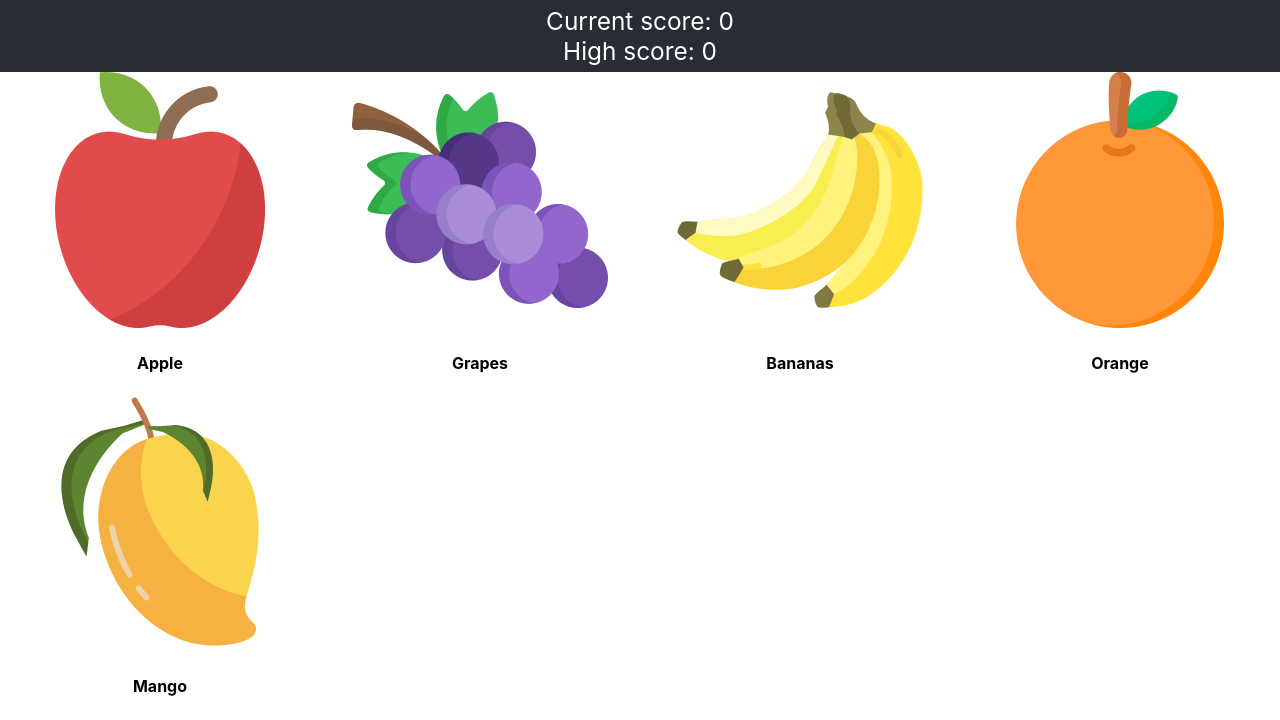
Repository: chin9/MemoryCard
Page: /
These files come from the project's save history. The page is drawn as it stood at one moment and after the next save; the edit follows.
The browser window is 1280 px wide. The pictures show the whole page.
The project was rebuilt for these pictures with package versions that can differ from the ones it lists, and the page was loaded fresh each time.

Above is the page before, as saved 2021-07-08 19:56:32.

### public/index.html
<!DOCTYPE html>
<html lang="en">
  <head>
    <meta charset="utf-8" />
    <link rel="icon" href="%PUBLIC_URL%/favicon.ico" />
    <meta name="viewport" content="width=device-width, initial-scale=1" />
    <meta name="theme-color" content="#000000" />
    <meta
      name="description"
      content="Web site created using create-react-app"
    />
    <link rel="apple-touch-icon" href="%PUBLIC_URL%/logo192.png" />
    <!--
      manifest.json provides metadata used when your web app is installed on a
      user's mobile device or desktop. See https://developers.google.com/web/fundamentals/web-app-manifest/
    -->
    <link rel="manifest" href="%PUBLIC_URL%/manifest.json" />
    <!--
      Notice the use of %PUBLIC_URL% in the tags above.
      It will be replaced with the URL of the `public` folder during the build.
      Only files inside the `public` folder can be referenced from the HTML.

      Unlike "/favicon.ico" or "favicon.ico", "%PUBLIC_URL%/favicon.ico" will
      work correctly both with client-side routing and a non-root public URL.
      Learn how to configure a non-root public URL by running `npm run build`.
    -->
    <title>Memory Card</title>
  </head>
  <body>
    <noscript>You need to enable JavaScript to run this app.</noscript>
    <div id="root"></div>
    <!--
      This HTML file is a template.
      If you open it directly in the browser, you will see an empty page.

      You can add webfonts, meta tags, or analytics to this file.
      The build step will place the bundled scripts into the <body> tag.

      To begin the development, run `npm start` or `yarn start`.
      To create a production bundle, use `npm run build` or `yarn build`.
    -->
  </body>
</html>

### src/App.js
import './App.css';
import Scoreboard from './components/Scoreboard';
import Cards from './components/Cards';
import React, { useState, useEffect } from 'react';

function App() {

  //keep track of scores
  const [score, setScore] = useState(0);
  const [highScore, setHighScore] = useState(0);

  //keep track of cards
  const [cardsClicked, setCardsClicked] = useState([]);
  const [currCard, setCurrCard] = useState(null);
  const [update, setUpdate] = useState(false);

  // useEffect(()=>{
  //   const incrementOnClick = () => {
  //     setScore(score + 1);
  //   }

  //   document.addEventListener('click', incrementOnClick);

  //   return () => {
  //     document.removeEventListener('click', incrementOnClick);
  //   }
  // }, [score, highScore]);

  useEffect(()=> {
    console.log('score: ' + score);
    if (score > highScore) {
      setHighScore(score);
    }
    setUpdate(false);
    console.log(cardsClicked);
  }, [score, cardsClicked]);

  useEffect(()=> {

    console.log('card clicked: ' + currCard);
    console.log('update?: ' + update);


    if (currCard === null || update === false) {
      // do nothing
    } else {
      const exists = cardsClicked.some(v => v === currCard);
      if (!exists) {
        setScore(score => score + 1);
        setCardsClicked(cardsClicked => [...cardsClicked, currCard]);
        } else {
      setScore(0);
      setCardsClicked([]);
    }
    }
    // setUpdate(false);
    // console.log(cardsClicked.some(v => v === ));

  }, [currCard, update]);


  const updateScore = (id) => {
    //if cardsClicked doesn't contain id, add 1 to score, add id to cardsClicked
    //    if score > highScore, set highScore = score
    //else (if cardsClicked contains id), set score to 0, empty cardsClicked

    setCurrCard(id);
    setUpdate(true);

    // const exists = cardsClicked.some(v => v == id);
    // console.log(id);
    // console.log(exists);

    // if (!exists) {
    //   setScore(score => score + 1);
    //   setCardsClicked(cardsClicked => [...cardsClicked, id]);

    //   if (score > highScore) {setHighScore(score)};
    // } else {
    //   setScore(0);
    //   setCardsClicked([]);
    // }
  }

  return (
    <div className="App">
      <header className="App-header">
        <Scoreboard score={score} highScore={highScore}/>
      </header>
      <Cards updateScore={updateScore}/>
    </div>
  );
}

export default App;

### src/App.css
.App {
  text-align: center;
}

.App-logo {
  height: 40vmin;
  pointer-events: none;
}

@media (prefers-reduced-motion: no-preference) {
  .App-logo {
    animation: App-logo-spin infinite 20s linear;
  }
}

.App-header {
  background-color: #282c34;
  height: 10vh;
  display: flex;
  flex-direction: column;
  align-items: center;
  justify-content: center;
  font-size: calc(10px + 2vmin);
  color: white;
}

.App-link {
  color: #61dafb;
}

@keyframes App-logo-spin {
  from {
    transform: rotate(0deg);
  }
  to {
    transform: rotate(360deg);
  }
}

### src/components/Scoreboard.js
import React from 'react';

const Scoreboard = (props) => {

    return (
        <div>
            <div>Current score: {props.score}</div>
            <div>High score: {props.highScore}</div>
            </div>
    )
}

export default Scoreboard;

### src/components/Cards.js
import React, {useState, useEffect} from 'react';
import apple from '../images/apple.png';
import grapes from '../images/grapes.png';
import bananas from '../images/bananas.png';
import orange from '../images/orange-juice.png';
import mango from '../images/mango.png';
import '../style/Cards.css'

const Cards = (props) => {



    useEffect(()=>{
        const apple = document.getElementById(0);
        const grapes = document.getElementById(1);
        const bananas = document.getElementById(2);
        const orange = document.getElementById(3);
        const mango = document.getElementById(4);


        function randomizeOrder() {
            var parent = document.querySelector(".card-display");
            for(var i = 0; i < parent.children.length; i++){
            parent.appendChild(parent.children[Math.random() * i | 0]);
        }
        }

        const updateScoreWithFruit = (e) => {
            props.updateScore(e.id);
            randomizeOrder();
        }


        apple.addEventListener('click', ()=>{updateScoreWithFruit(apple)});
        grapes.addEventListener('click', ()=>{updateScoreWithFruit(grapes)});
        bananas.addEventListener('click', ()=>{updateScoreWithFruit(bananas)});
        orange.addEventListener('click', ()=>{updateScoreWithFruit(orange)});
        mango.addEventListener('click', ()=>{updateScoreWithFruit(mango)});


        console.log('mounted');

        return ()=>{
            apple.removeEventListener('click', updateScoreWithFruit(apple));
            grapes.removeEventListener('click', updateScoreWithFruit(grapes));
            bananas.removeEventListener('click', updateScoreWithFruit(bananas));
            orange.removeEventListener('click', updateScoreWithFruit(orange));
            mango.removeEventListener('click', ()=>{updateScoreWithFruit(mango)});
        }

    }, []);




    return (
    <div className='card-display'>
        <div>
            <img src={apple} alt='apple' className='fruit' id={0}></img>
            <h4>Apple</h4>
        </div>
        <div>
            <img src={grapes} alt='grapes' className='fruit' id={1}></img>
            <h4>Grapes</h4>
        </div>
        <div>
            <img src={bananas} alt='bananas' className='fruit' id={2}></img>
            <h4>Bananas</h4>
        </div>
        <div>
            <img src={orange} alt='orange' className='fruit' id={3}></img>
            <h4>Orange</h4>
        </div>
        <div>
            <img src={mango} alt='mango' className='fruit' id={4}></img>
            <h4>Mango</h4>
        </div>
    </div>
    );
}

export default Cards;

### src/style/Cards.css

.card-display {
    display: grid;
    grid-template-columns: 1fr 1fr 1fr 1fr;
}

.fruit {
    height: auto;
    width: auto;
    max-width: 20vw;
}

.fruit:hover {
    cursor: pointer;
}

Loaded but not shown: src/index.js (common file); src/index.css (common file)

After the next save:
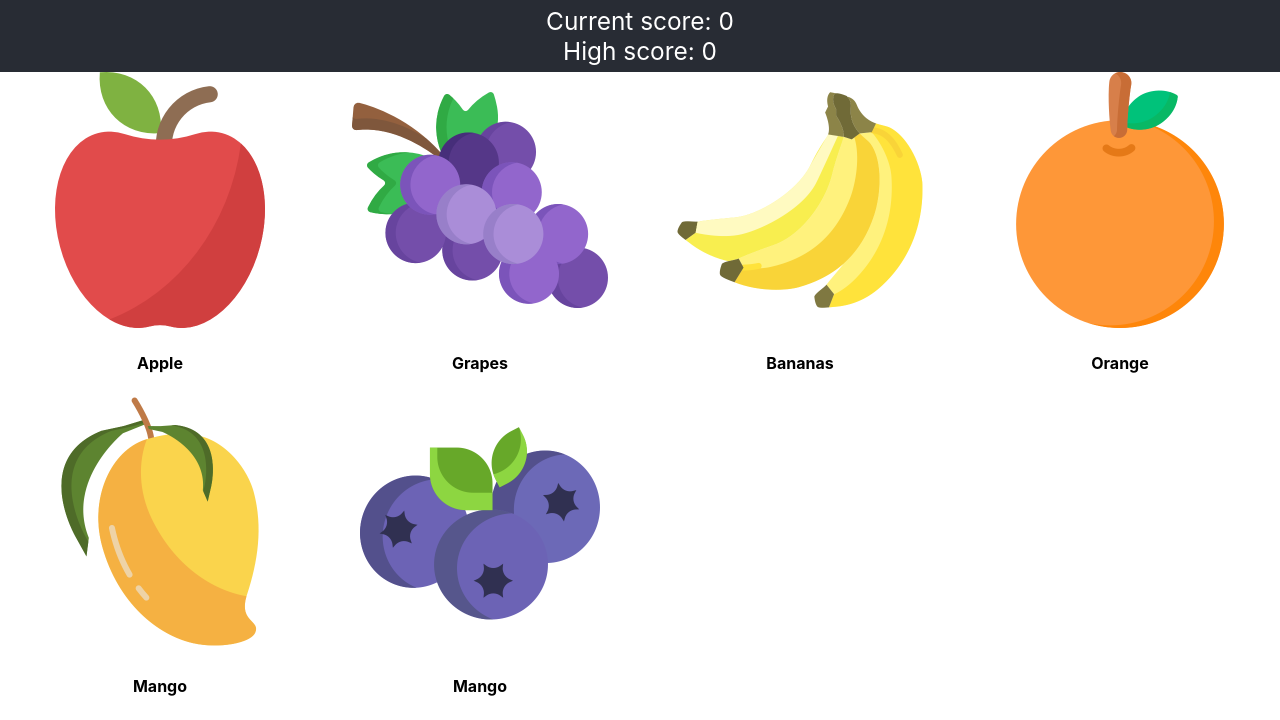
Saved 3 min 5 s later.
--- a/src/components/Cards.js
+++ b/src/components/Cards.js
@@ -4,6 +4,7 @@ import grapes from '../images/grapes.png';
 import bananas from '../images/bananas.png';
 import orange from '../images/orange-juice.png';
 import mango from '../images/mango.png';
+import blueberry from '../images/blueberry.png';
 import '../style/Cards.css'
 
 const Cards = (props) => {
@@ -16,6 +17,8 @@ const Cards = (props) => {
         const bananas = document.getElementById(2);
         const orange = document.getElementById(3);
         const mango = document.getElementById(4);
+        const blueberry = document.getElementById(5);
+
 
 
         function randomizeOrder() {
@@ -36,6 +39,7 @@ const Cards = (props) => {
         bananas.addEventListener('click', ()=>{updateScoreWithFruit(bananas)});
         orange.addEventListener('click', ()=>{updateScoreWithFruit(orange)});
         mango.addEventListener('click', ()=>{updateScoreWithFruit(mango)});
+        blueberry.addEventListener('click', ()=>{updateScoreWithFruit(blueberry)});
 
 
         console.log('mounted');
@@ -46,6 +50,8 @@ const Cards = (props) => {
             bananas.removeEventListener('click', updateScoreWithFruit(bananas));
             orange.removeEventListener('click', updateScoreWithFruit(orange));
             mango.removeEventListener('click', ()=>{updateScoreWithFruit(mango)});
+            blueberry.removeEventListener('click', ()=>{updateScoreWithFruit(blueberry)});
+
         }
 
     }, []);
@@ -75,6 +81,10 @@ const Cards = (props) => {
             <img src={mango} alt='mango' className='fruit' id={4}></img>
             <h4>Mango</h4>
         </div>
+        <div>
+            <img src={blueberry} alt='mango' className='fruit' id={5}></img>
+            <h4>Mango</h4>
+        </div>
     </div>
     );
 }
